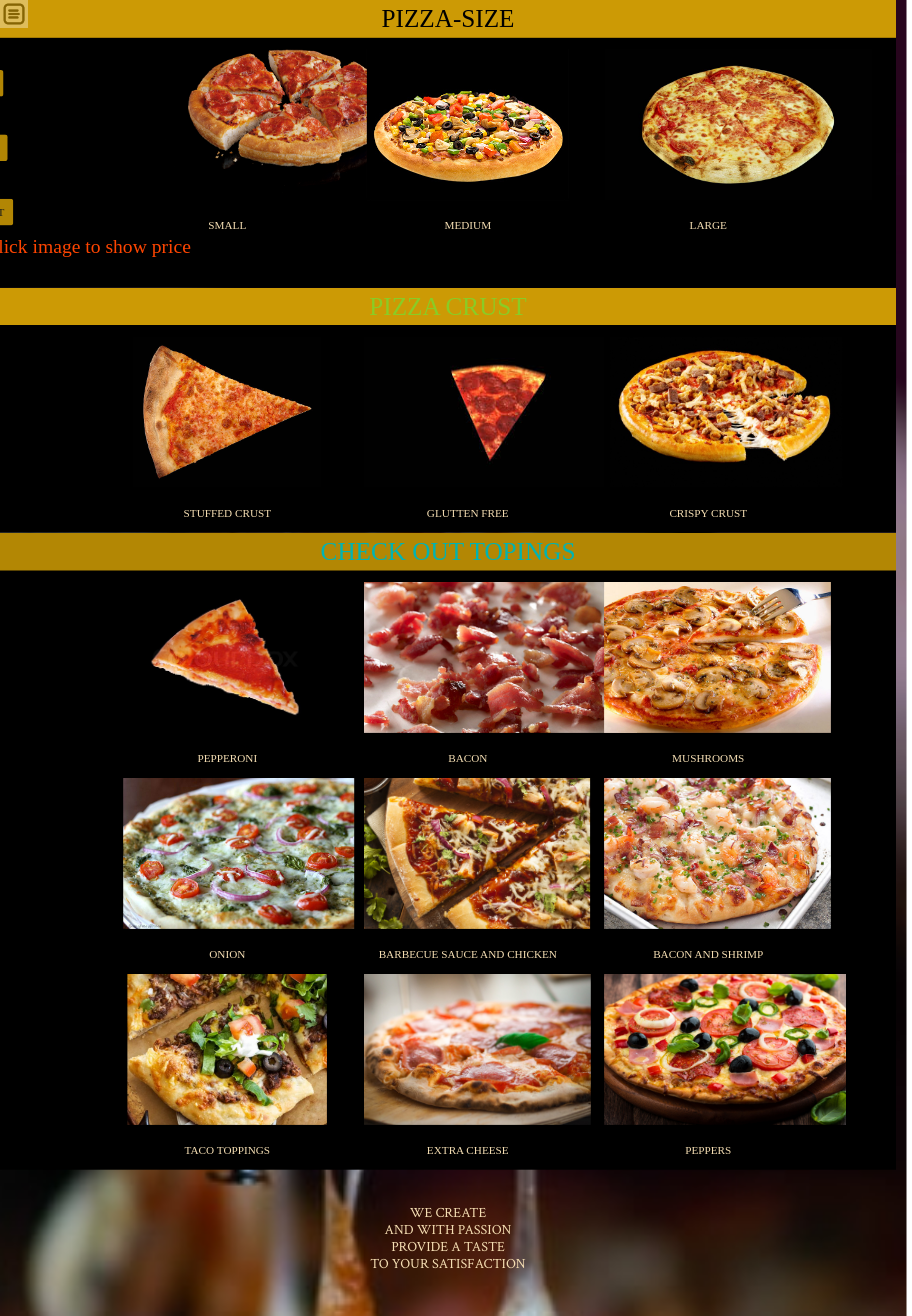
Repository: alexmwaura/MOREO--PIZZA-IP4
Page: mine.html
The author's editor kept a copy of each file at every save. The page is drawn from the files as they stood at one save, then again after the next save.
The browser window is 1280 px wide. The page is 1303 px wide, so the pictures cover 1303 px, including what lies to the right of the window. The pictures show the part of the page from y = 0 to 1880 px (the page is 3153 px tall), at 70% of full size.
Some web fonts or font styles are not loaded; a fallback is used.

Above is the page before, as saved 2019-09-01 17:46:50.

After the next save:
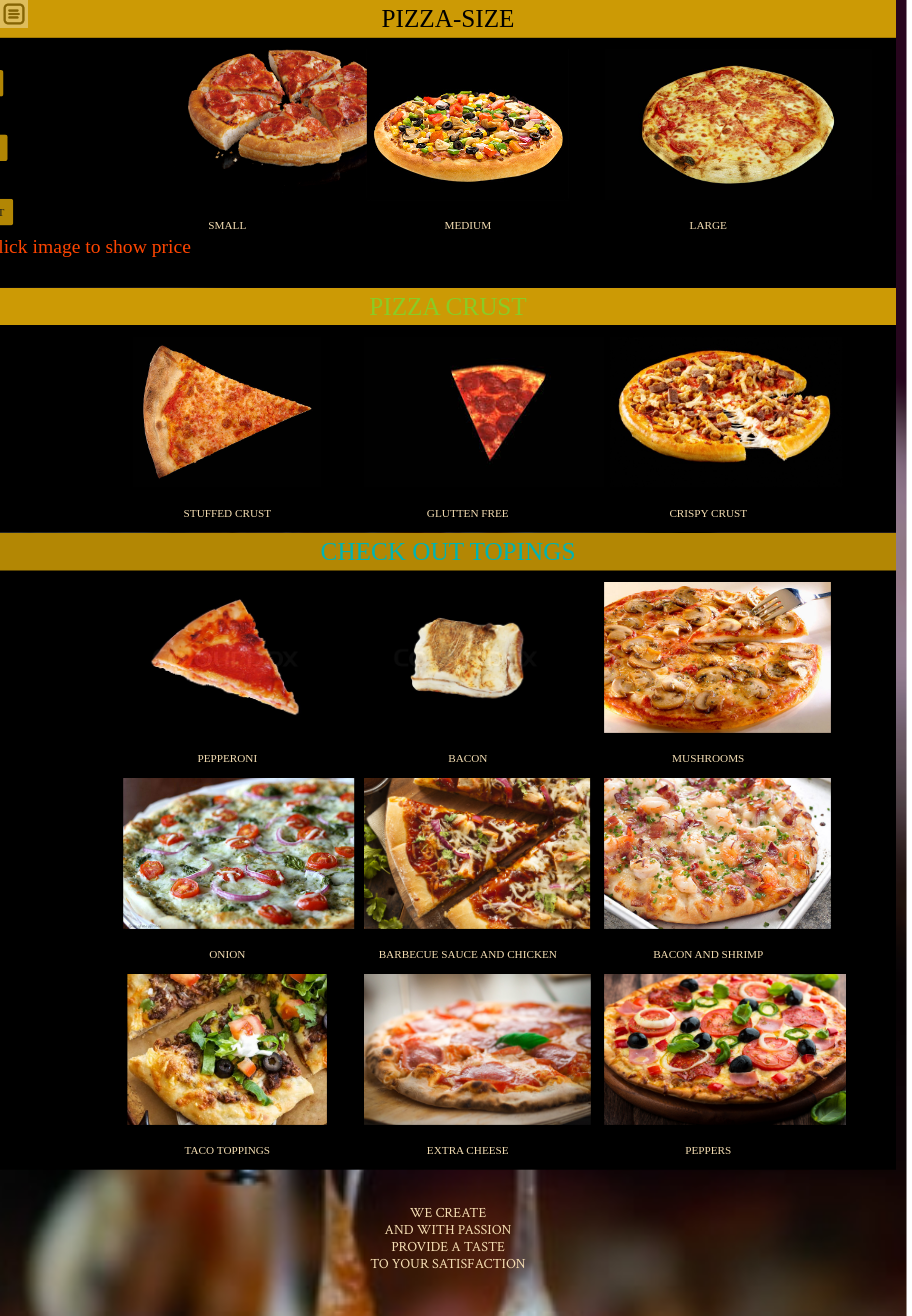
Saved 2 min 3 s later.
--- a/mine.html
+++ b/mine.html
@@ -283,7 +283,7 @@
 
                     <div class="col-lg-3 col-md-3 col-sm-3">
                         <div id="work5">
-                            <img src="./IMAGES/bacon.jpg" alt="" class="img-fluid-5"><br><br>
+                            <img src="./IMAGES/bacon1.jpg" alt="" class="img-fluid-5"><br><br>
 
                             <div class="overlay">
                                 <div class="line">
